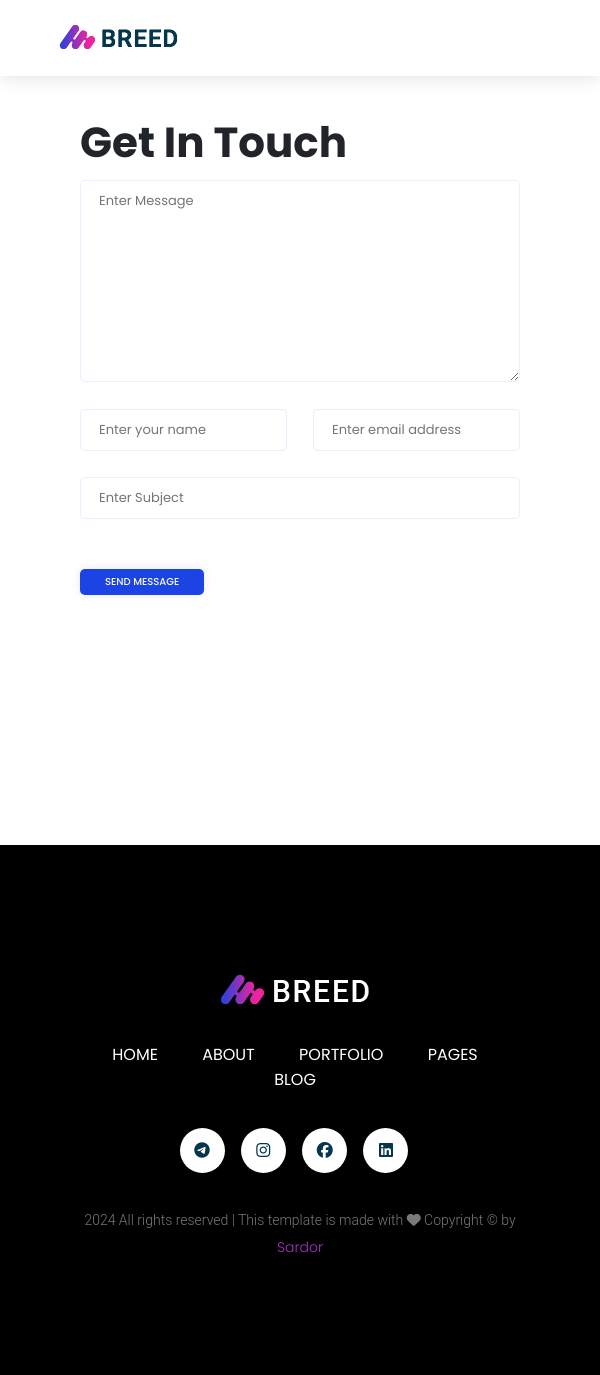
Repository: whoami2991/Sardorbek-Portfolio---Home
Page: contact.html
An editor plug-in stored every save of this project. The page is shown before and after the next save, followed by the edit.
The browser window is 600 px wide. The pictures show the whole page.

Above is the page before, as saved 2024-08-03 21:15:01.

### contact.html
<!DOCTYPE html>
<html lang="en">
<head>
    <meta charset="UTF-8">
    <meta name="viewport" content="width=device-width, initial-scale=1.0">
    <title>Portfolio - Contact</title>
    <link rel="stylesheet" href="shared.css">
    <link rel="stylesheet" href="contact.css">
    <link rel="stylesheet" href="https://cdnjs.cloudflare.com/ajax/libs/font-awesome/6.5.1/css/all.min.css" integrity="sha512-DTOQO9RWCH3ppGqcWaEA1BIZOC6xxalwEsw9c2QQeAIftl+Vegovlnee1c9QX4TctnWMn13TZye+giMm8e2LwA==" crossorigin="anonymous" referrerpolicy="no-referrer" />
    <link rel="icon" href="icons8-briefcase-94.png" type="image/png">
    <link href='https://unpkg.com/boxicons@2.1.4/css/boxicons.min.css' rel='stylesheet'>
</head>
<body>
    <!--Header section-->
    <header class="main-header">
        <div class="wrapper">
            <div class="brand">
                <a href="index.html">
                    <img src="logo.png" alt="logo">
                </a>
            </div>
            <nav class="main-navigation">
                <ul class="main-navigation__items">
                    <li class="main-navigation__item">
                        <a href="/index.html">Home</a>
                    </li>
                    <li class="main-navigation__item">
                        <a href="#">About</a>
                    </li>
                    <li class="main-navigation__item">
                        <a href="#">Portfolio</a>
                    </li>
                    <li class="main-navigation__item">
                        <a href="#">Pages</a>
                    </li>
                    <li class="main-navigation__item">
                        <a href="#">Blog</a>
                    </li>
                    <li class="main-navigation__item">
                        <a href="#">Contact</a>
                    </li>
                </ul>
            </nav>
        </div>
    </header>
    <div class="wrapper">
        <section class="contact">
            <div class="section-title">Get in Touch</div>
            <form action="/server.php" method="get">
                <textarea name="message" id="message" cols="30" rows="9" placeholder="Enter Message"></textarea>
                <div class="half-row contact_firstname">
                    <input type="text" placeholder="Enter your name" name="firsname">
                </div>
                <div class="half-row contact_email">
                    <input type="email" placeholder="Enter email address" name="email">
                </div>
                <input class="input_enter" type="text" placeholder="Enter Subject" name="subject">
                <button class="button to-uppercase contact_send" type="submit">Send message</button>
            </form>
        </section>
    </div>
    <!--Footer section-->
    <footer class="footer-area">
        <div class="wrapper">
            <section class="footer">
                <div class="footer-logo">
                    <a href="#">
                        <img src="logo2.png" alt="footer logo">
                    </a>
                    <div class="footer-nav">
                        <nav class="footer-main_nav">
                            <ul class="footer-main_nav-items">
                                <li class="nav-item">
                                    <a href="#">Home</a>
                                </li>
                                <li class="nav-item">
                                    <a href="#">about</a>
                                </li>
                                <li class="nav-item">
                                    <a href="#">portfolio</a>
                                </li>
                                <li class="nav-item">
                                    <a href="#">pages</a>
                                </li>
                                <li class="nav-item">
                                    <a href="#">blog</a>
                                </li>
                            </ul>
                        </nav>
                    </div>

                </div>
                <div class="footer-social">
                    <a href="https://t.me/ism018"><i class="fa-brands fa-telegram"></i></a>
                    <a href="https://www.instagram.com/imsard0r/" class="social-instagram_color"><i class="fa-brands fa-instagram"></i></a>
                    <a href="https://www.facebook.com/sardorbek.ismoilov.545/"><i class="fa-brands fa-facebook"></i></a>
                    <a href="https://www.linkedin.com/in/sardor-ismoilov/"><i class="fa-brands fa-linkedin"></i></a>
                </div>
                    <div class="footer-bottom">
                        <p class="col-lg-8 col-sm-12 footer-text"><script>document.write(new Date().getFullYear());</script> All rights reserved | This template is made with <i class="fa fa-heart" aria-hidden="true"></i>
                            Copyright © by <a href="https://t.me/ism018" target="_blank">Sardor</a>
                        </p>
                    </div>
            </section>
        </div>
    </footer>
</body>
</html>

### shared.css
@import url("https://fonts.googleapis.com/css2?family=Poppins:wght@300;400;500;600;700;800;900&display=swap");
/*===============Core styles===============*/
* {
    font-family: "Poppins", sans-serif;
    box-sizing: border-box;
}
body{

    margin: 0;
}
.wrapper{
    width: 1110px;
    margin: 0 auto;
}
.section-subtitle{
    letter-spacing: 2px;
    font-weight: 500;
    color: #797979;
    text-transform: uppercase;
    margin: 5px 0 0;
    font-size: 15px;
    font-weight: 600;
}
.section-title{
    font-size: 42px;
    font-weight: 700;
    text-transform: capitalize;
    color: #212529;
    margin: 15px 0 0 0;
    line-height: 55px;
}

.blur-line{
    display: inline-block;
    vertical-align: middle;
    margin-left: 5px;
    width: 80px;
    height: 4px;
    background: rgba(237,35,159,0.6);
    filter: blur(4px);
}
.button{
    border: none;
    background-color: #1c44e4;
    color: #fff;
    font-weight: 500;
    font-size: 15px;
    padding: 15px 40px;
    cursor: pointer;
    border-radius: 5px;
    box-shadow: 0 0 10px rgba(0, 0, 0, 0.1);
    -webkit-transition-duration: 0.3;
    transition-duration: 0.3;
    -webkit-transition-property: box-shadow, transform;
    transition-property: box-shadow, transform;
}
.button:hover, .button:focus, button:active{
    box-shadow: 0 0 20px rgba(0, 0, 0, 0.5);
    -webkit-transform: scale(1.1);
    transform: scale(1.1);
}
.to-uppercase{
    text-transform: uppercase;
}
.clearfix{
    clear: both;
}
/*===============Header styles==============*/
.main-header{
    position: fixed;
    z-index: 10;
    background-color: #fff;
    width: 100%;
    top: 0;
    left: 0;
    box-shadow: 0px 3px 16px 0px rgb(0 0 0 / 10%);
}
.brand {
    display: inline-block;
    margin-top: 25px;
    border-style: none;
    margin-right: 60px;
}
.main-navigation{
    display: inline-block;
    vertical-align: top;
    padding-top: 5px;
}
.main-navigation__item{
    display: inline-block;
    padding: 5px 15px;
}
.main-navigation__item a{
    color: #05364D;
    text-decoration: none;
    font-weight: 500;
    text-transform: uppercase;
    transition: 0.5s;
}
.main-navigation__item a:hover{
    color: #1c44e4;
}
/*==============Footer section styles=================*/
.footer-area{
    margin-top: 150px;
    padding-top: 130px;
    background-color: #000;
}
.footer-logo{
    text-align: center;
    display: block;
    margin-left: -10px;
}
.footer-nav{
    padding-top: 15px;
}
.footer-main_nav{
    text-decoration: none;
    margin-left: -40px;
}
.footer-main_nav-items{
    list-style: none;
    display: inline-block;
}
.footer-main_nav-items li{
    display: inline-block;
    padding: 0 20px 0;
}
.footer-main_nav-items a{
    display: inline-block;
    text-transform: uppercase;
    text-decoration: none;
    color: #fff;
}
.footer-social {
    padding: 20px;
    align-items: center;
    text-align: center;
}
.footer-social a{
    display: inline-block;
    width: 45px;
    height: 45px;
    line-height: 45px;
    text-align: center;
    background: #ffffff;
    border-radius: 36px;
    color: #05364d;
    font-size: 16px;
    margin-right: 12px
}
.footer-social a:hover{
    transition: 0.4s;
    background: linear-gradient(90deg, #1345e6 0%, #ed239f 100%);
    color: #fff;
}
.footer-bottom{
    padding-top: 0px;
    padding-bottom: 100px;
}
.footer-bottom p{
    text-align: center;
    font-size: 14px;
    line-height: 27px;
    font-weight: 300;
    font-family: "Roboto",sans-serif;
    color: #797979;
}
.footer-bottom a{
    color: #a932c7;
    text-decoration: none;
}

@media only screen and (max-width: 767px) {
    .wrapper{
        width: 80%;
    }
    .main-navigation{
        display: none;
    }
    .brand{
        margin-bottom: 20px;
    }
    .button{
        padding: 5px 25px;
        font-size: 10px;
    }
}

### contact.css
.contact{
    padding: 100px 20px;
}
textarea, input{
    width: 100%;
    padding: 10px;
    margin-bottom: 10px;
    margin-top: 10px;
    border: 1px solid #f0e9ff;
    border-radius: 5px;
    padding-left: 18px;
    font-size: 13px;
    background: transparent;
    color: #495057;
}
.input_enter{
    margin-top: 16px;
}
textarea:focus,
input:focus{
    outline: 0;
}
.half-row{
    width: 50%;
    float: left;
    box-sizing: border-box;
}
.contact_firstname{
    padding-right: 13px;
}
.contact_email{
    padding-left: 13px;
}
.contact_send{
    margin-top: 40px;

}

After the next save:
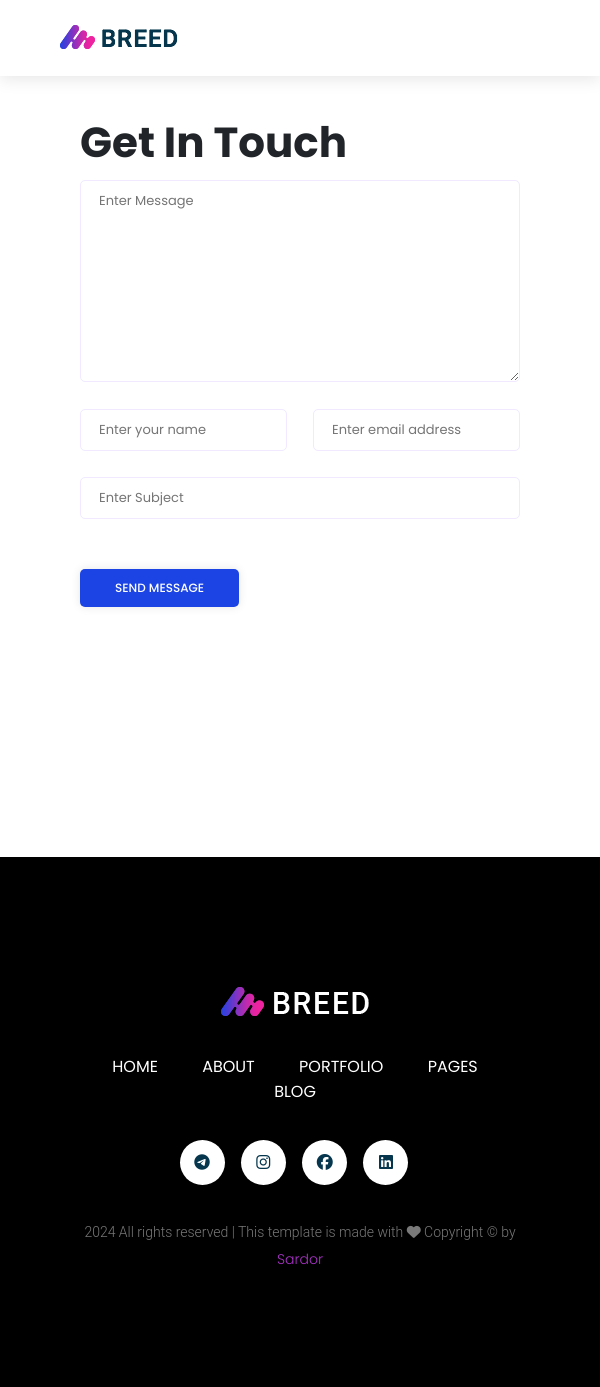
Saved 42 s later.
--- a/shared.css
+++ b/shared.css
@@ -182,7 +182,7 @@ body{
         margin-bottom: 20px;
     }
     .button{
-        padding: 5px 25px;
-        font-size: 10px;
+        padding: 10px 35px;
+        font-size: 12px;
     }
 }
